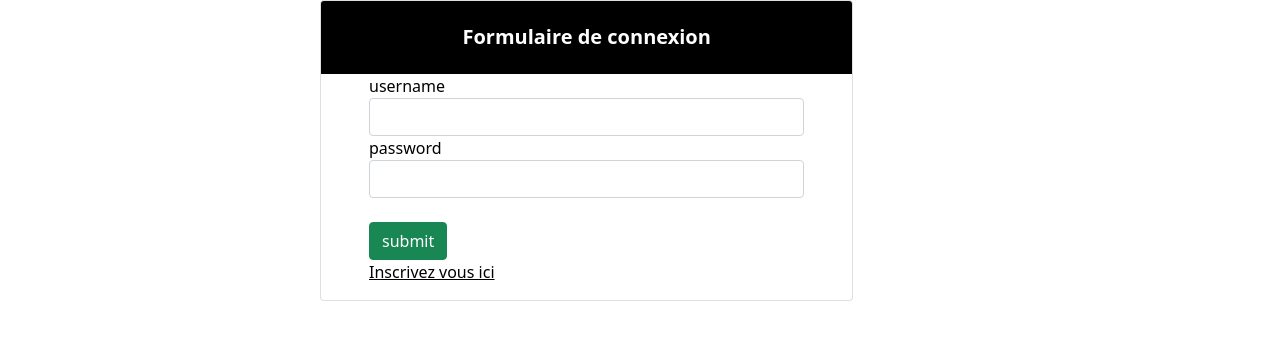
Repository: saliou-t/mvc-osc-femme-P4
Page: http://localhost/src/view/users/login.php?register=true
An editor plug-in stored every save of this project. The page is shown before and after a run of saves, followed by the edit.
The browser window is 1280 px wide. The pictures show the whole page.
The page is run by PHP 8.4 with error messages shown; the project is at /var/www/html/.

Above is the page before, as saved 2022-04-14 13:15:36.

After the next 2 saves:
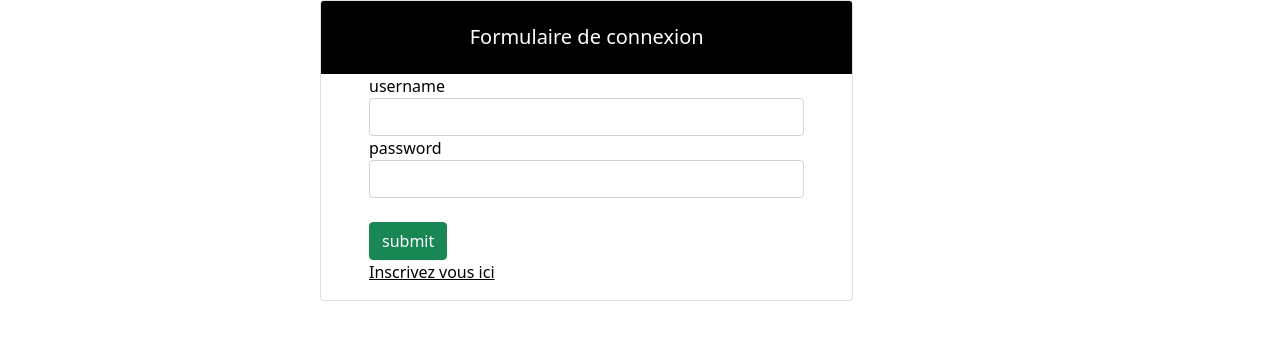
The 2 saves are shown as one change because they came seconds apart.
The last was saved 7 s later.
--- a/src/view/users/login.php
+++ b/src/view/users/login.php
@@ -14,7 +14,7 @@
     <div class="card  col-5 offset-3">
 
         <h5 class="card-header info-color bg-black text-white text-center py-4">
-            <strong>Formulaire de connexion</strong>
+            Formulaire de connexion
         </h5>
         <div class="card-body px-lg-5 pt-0">
             <form action="" id="login-form" method="POST">
